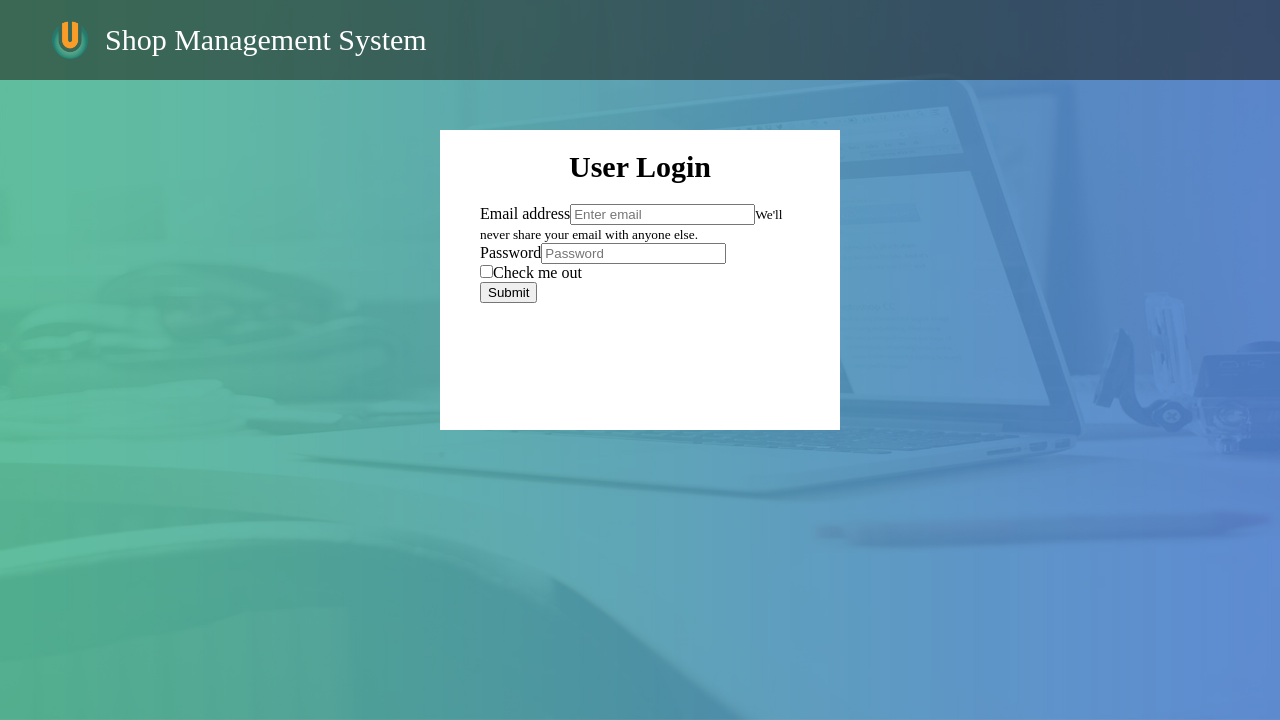
Repository: wenxi0504/storesystem
Page: /login
The author's editor kept a copy of each file at every save. The page is drawn from the files as they stood at one save, then again after the next save.
The browser window is 1280 px wide. The pictures show the whole page.
The project was rebuilt for these pictures with package versions that can differ from the ones it lists, and the page was loaded fresh each time. Also part of the build but not shown: src/pages/admin/admin.jsx.

Above is the page before, as saved 2022-03-16 22:53:14.

### public/index.html
<!DOCTYPE html>
<html lang="en">
  <head>
    <meta charset="utf-8" />
    <link rel="icon" href="%PUBLIC_URL%/favicon.ico" />
    <meta name="viewport" content="width=device-width, initial-scale=1" />
    <meta name="theme-color" content="#000000" />
    <meta
      name="description"
      content="Web site created using create-react-app"
    />
    <link rel="stylesheet" href="css/reset.css">
    <title>React App</title>
  </head>
  <body>
    <noscript>You need to enable JavaScript to run this app.</noscript>
    <div id="root"></div>
  </body>
</html>

### src/App.js
import React, { Component } from 'react';
import { FontAwesomeIcon } from '@fortawesome/react-fontawesome';
import { solid, regular, brands } from '@fortawesome/fontawesome-svg-core/import.macro'; // <-- import styles to be used
import { BrowserRouter,Routes,Route } from 'react-router-dom';
import Login from './pages/login/login';
import Admin from './pages/admin/admin';
class App extends Component{

  render(){
    return(

      <BrowserRouter>
      <Routes>
      <Route path='/login' element={<Login/>}/>
      <Route path='/admin' element={<Admin/>}/>

      </Routes>
      </BrowserRouter>
    )
  }
}

export default App;

### src/pages/login/login.jsx
import React, { Component } from "react";
import "./login.css";
import logo from '../../assets/images/logo.png'
import { Form ,Button } from 'react-bootstrap';

export default class Login extends Component {
  render() {
    return (
      <div className="login">
        <header className="login-header">
            <img src={logo} alt="logo" />
          <h1>Shop Management System</h1>
        </header>

        <section className="login-content">
            <h3>User Login</h3>
            <Form>
  <Form.Group className="mb-3" controlId="formBasicEmail">
    <Form.Label>Email address</Form.Label>
    <Form.Control type="email" placeholder="Enter email" />
    <Form.Text className="text-muted">
      We'll never share your email with anyone else.
    </Form.Text>
  </Form.Group>

  <Form.Group className="mb-3" controlId="formBasicPassword">
    <Form.Label>Password</Form.Label>
    <Form.Control type="password" placeholder="Password" />
  </Form.Group>
  <Form.Group className="mb-3" controlId="formBasicCheckbox">
    <Form.Check type="checkbox" label="Check me out" />
  </Form.Group>
  <Button variant="primary" type="submit">
    Submit
  </Button>
</Form>

        </section>
      </div>

    )
  }
}

### src/pages/login/login.css
.login{
    width:100%;
    height: 100%;
    background-image: url('./images/bg.jpg');
    background-size: 100% 100%;
}

.login-header{
    display:flex;
    align-items: center;
    height: 80px;
    background-color: rgba(21,20,13,0.5);
}

.login-header img{
    width: 40px;
    height:40px;
    margin-left:50px;
}

.login-header h1{
    font-size: 30px;
    color: white;
    margin: 0 0 0 15px;
}

.login-content{
    margin: 50px auto;
    width: 400px;
    height: 300px;
    background-color: #fff;
    padding: 20px 40px;
}

.login-content h3{
    font-size: 30px;
    font-weight: bold;
    text-align: center;
    margin-bottom: 20px;
}

### public/css/reset.css
html,
body,
p,
ol,
ul,
li,
dl,
dt,
dd,
blockquote,
figure,
fieldset,
legend,
textarea,
pre,
iframe,
hr,
h1,
h2,
h3,
h4,
h5,
h6 {
margin: 0;
padding: 0;
}
h1,
h2,
h3,
h4,
h5,
h6 {
font-size: 100%;
font-weight: normal;
}
ul {
list-style: none;
}
button,
input,
select,
textarea {
margin: 0;
}
html {
box-sizing: border-box;
}
*, *:before, *:after {
box-sizing: inherit;
}
img,
embed,
iframe,
object,
video {
height: auto;
max-width: 100%;
}
audio {
max-width: 100%;
}
iframe {
border: 0;
}
table {
border-collapse: collapse;
border-spacing: 0;
}
td,
th {
padding: 0;
text-align: left;
}
html, body {
height: 100%;
}
#root {
width: 100%;
height: 100%;
}

Loaded but not shown: src/index.js (common file)

After the next save:
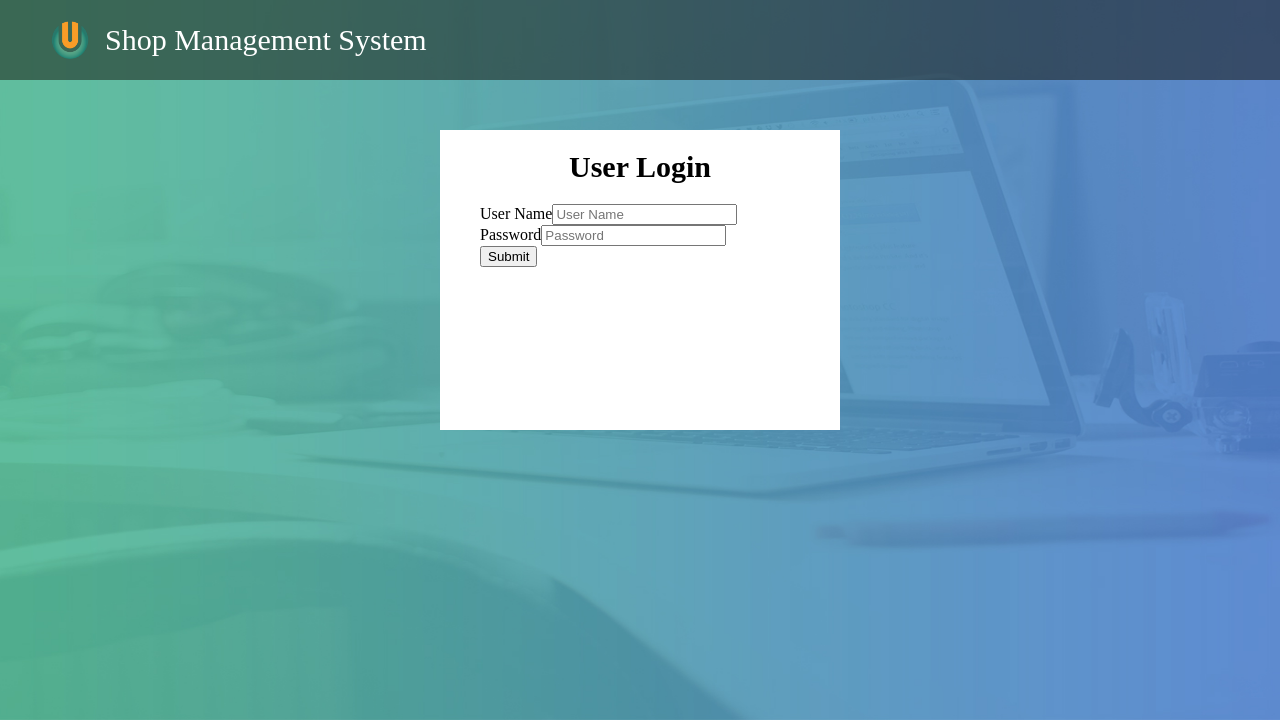
Saved 5 min 28 s later.
--- a/src/pages/login/login.jsx
+++ b/src/pages/login/login.jsx
@@ -1,6 +1,6 @@
 import React, { Component } from "react";
 import "./login.css";
-import logo from '../../assets/images/logo.png'
+import logo from '../../assets/images/logo.png';
 import { Form ,Button } from 'react-bootstrap';
 
 export default class Login extends Component {
@@ -15,20 +15,14 @@ export default class Login extends Component {
         <section className="login-content">
             <h3>User Login</h3>
             <Form>
-  <Form.Group className="mb-3" controlId="formBasicEmail">
-    <Form.Label>Email address</Form.Label>
-    <Form.Control type="email" placeholder="Enter email" />
-    <Form.Text className="text-muted">
-      We'll never share your email with anyone else.
-    </Form.Text>
+  <Form.Group className="mb-3" controlId="formBasicUser">
+    <Form.Label>User Name</Form.Label>
+    <Form.Control type="user" placeholder="User Name" />
   </Form.Group>
 
   <Form.Group className="mb-3" controlId="formBasicPassword">
     <Form.Label>Password</Form.Label>
     <Form.Control type="password" placeholder="Password" />
-  </Form.Group>
-  <Form.Group className="mb-3" controlId="formBasicCheckbox">
-    <Form.Check type="checkbox" label="Check me out" />
   </Form.Group>
   <Button variant="primary" type="submit">
     Submit
